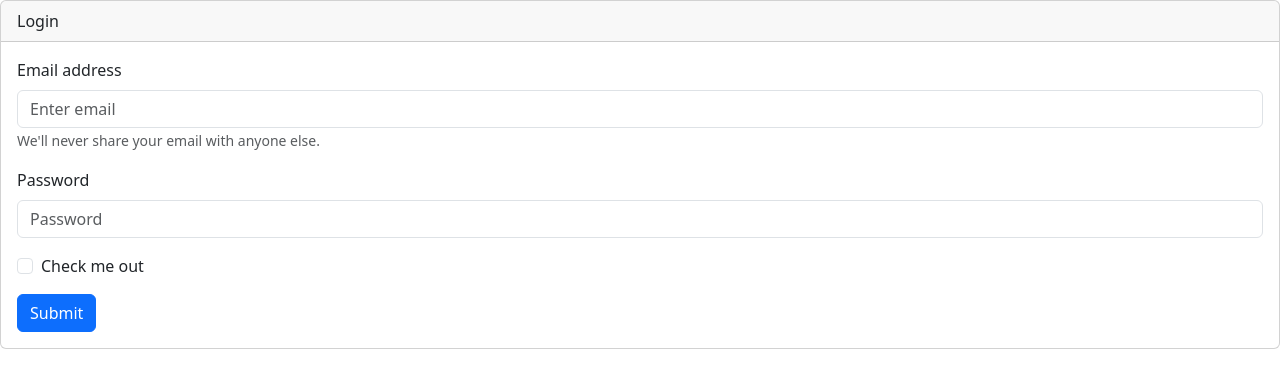
Repository: trider/react-task-app
Page: /
An editor plug-in stored every save of this project. The page is shown before and after the next save, followed by the edit.
The browser window is 1280 px wide. The pictures show the whole page.
The project was rebuilt for these pictures with package versions that can differ from the ones it lists, and the page was loaded fresh each time.

Above is the page before, as saved 2024-05-02 15:48:53.

### src/App.js

import 'bootstrap/dist/css/bootstrap.min.css';
import LoginForm from "./pages/Login";



let App = () => {
  return (
    <div>
      <LoginForm />
    </div>


  );
}


export default App;

### src/pages/Login.js

import Button from 'react-bootstrap/Button';
import Form from 'react-bootstrap/Form';
import Card from 'react-bootstrap/Card';

const LoginForm =()=> {
  return (
  <Card>
    <Card.Header>Login</Card.Header>
    <Card.Body>
    <Form>
      <Form.Group className="mb-3" controlId="formBasicEmail">
        <Form.Label>Email address</Form.Label>
        <Form.Control type="email" placeholder="Enter email" />
        <Form.Text className="text-muted">
          We'll never share your email with anyone else.
        </Form.Text>
      </Form.Group>

      <Form.Group className="mb-3" controlId="formBasicPassword">
        <Form.Label>Password</Form.Label>
        <Form.Control type="password" placeholder="Password" />
      </Form.Group>
      <Form.Group className="mb-3" controlId="formBasicCheckbox">
        <Form.Check type="checkbox" label="Check me out" />
      </Form.Group>
      <Button variant="primary" type="submit">
        Submit
      </Button>
    </Form>
    </Card.Body>
  </Card>

  );
}

export default LoginForm;

Loaded but not shown: public/index.html (common file); src/index.js (common file); src/index.css (common file); src/reportWebVitals.js (common file)

After the next save:
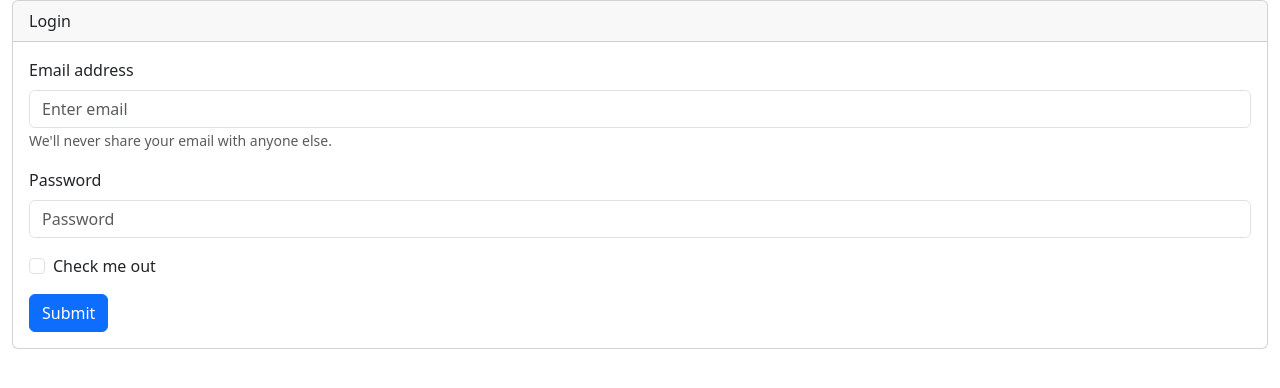
Saved 103 s later.
--- a/src/App.js
+++ b/src/App.js
@@ -1,5 +1,9 @@
 
 import 'bootstrap/dist/css/bootstrap.min.css';
+import Container from 'react-bootstrap/Container';
+
+
+
 import LoginForm from "./pages/Login";
 
 
@@ -7,7 +11,10 @@ import LoginForm from "./pages/Login";
 let App = () => {
   return (
     <div>
-      <LoginForm />
+       <Container fluid>
+        <LoginForm />
+       </Container>
+
     </div>
 
 
